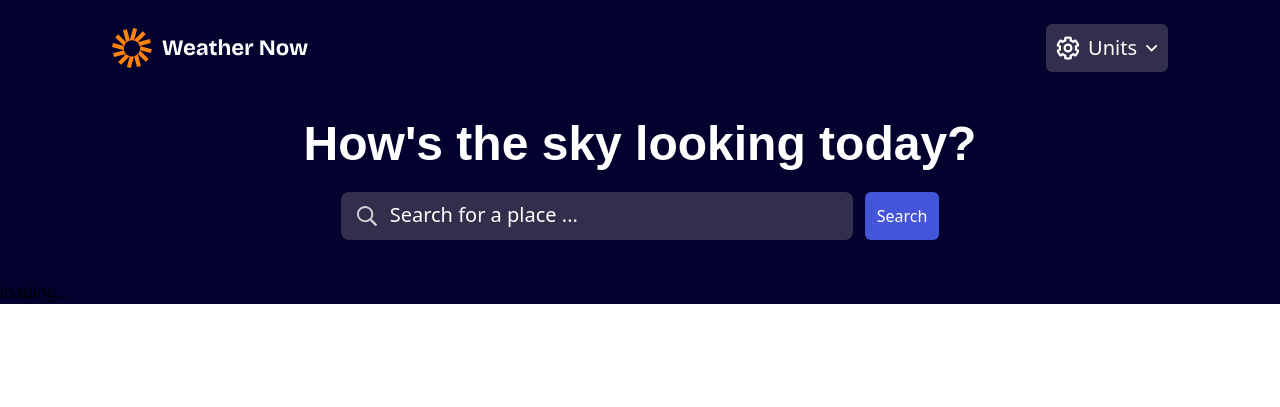
Repository: ayakhaled0001/weather-app
Page: /
These files come from the project's save history. The page is drawn as it stood at one moment and after the next save; the edit follows.
The browser window is 1280 px wide. The pictures show the whole page.
The page's requests for data from a server got no answer. The project was rebuilt for these pictures with package versions that can differ from the ones it lists, and the page was loaded fresh each time. No one was signed in, and anything a server would have sent is missing. Also part of the build but not shown: vite.config.js, src/App.css, src/components/Utilites.jsx, src/components/main_components/Hero.jsx, src/components/main_components/SideBar.jsx, src/components/main_components/Properties.jsx, src/components/main_components/DailyForecast.jsx.

Above is the page before, as saved 2025-09-22 06:23:35.

### src/index.css
@import "tailwindcss";
@import url("https://fonts.googleapis.com/css2?family=Bricolage+Grotesque:opsz,wght@12..96,200..800&family=DM+Sans:ital,opsz,wght@0,9..40,100..1000;1,9..40,100..1000&display=swap");

@theme {
  --font-brico: "Bricolage Grotesque", sans-serif;
  --font-dm: "DM Sans", sans-serif;
  --color-Neutral-900: hsl(243, 96%, 9%);
  --color-Neutral-800: hsl(243, 27%, 20%);
  --color-Neutral-700: hsl(243, 23%, 24%);
  --color-Neutral-600: hsl(243, 23%, 30%);
  --color-Neutral-300: hsl(240, 6%, 70%);
  --color-Neutral-200: hsl(250, 6%, 84%);
  --color-Neutral-0: hsl(0, 0%, 100%);

  /* ### Orange */

  --color-Orange-500: hsl(28, 100%, 52%);

  /* ### Blue */

  --color-Blue-500: hsl(233, 67%, 56%);
  --color-Blue-700: hsl(248, 70%, 36%);
}

### src/App.jsx
import { useEffect, useState } from "react";
import "./App.css";
import Nav from "./components/Nav";
import Header from "./components/Header";
import Main from "./components/Main";

function App() {
  const [weather, setWeather] = useState(null);
  const [city, setCity] = useState("Egypt");
  useEffect(() => {
    async function fetchData(city) {
      const currCity =
        await fetch(`https://geocoding-api.open-meteo.com/v1/search?name=${city}
`).then((r) => r.json());

      const { latitude, longitude, timezone } = currCity.results[0];
      const final = await fetch(
        `https://api.open-meteo.com/v1/forecast?latitude=${latitude}&longitude=${longitude}&current_weather=true&hourly=temperature_2m,apparent_temperature,relativehumidity_2m,windspeed_10m,precipitation,weathercode&daily=temperature_2m_max,temperature_2m_min,weathercode&timezone=${timezone}`
      );
      const data = await final.json();
      console.log(data);
      setWeather(data);
    }
    fetchData(city);
  }, [city]);

  const [units, setUnits] = useState({
    imperial: false,
    celsius: true,
    fahrenheit: false,
    kmh: true,
    mph: false,
    millimeters: true,
    inches: false,
  });

  return (
    <div className="bg-Neutral-900">
      <Nav units={units} setUnits={setUnits} />
      <Header city={city} setCity={setCity} />
      <Main weather={weather} units={units} />
    </div>
  );
}

export default App;

### src/components/Nav.jsx
import { useState } from "react";

function Nav({ units, setUnits }) {
  const [isMenuOpen, setIsMenuOpen] = useState(false);

  const toggleMenu = () => {
    setIsMenuOpen(!isMenuOpen);
  };

  const switchToImperial = () => {
    setUnits({
      imperial: true,
      celsius: false,
      fahrenheit: true,
      kmh: false,
      mph: true,
      millimeters: false,
      inches: true,
    });
  };

  const switchToMetric = () => {
    setUnits({
      imperial: false,
      celsius: true,
      fahrenheit: false,
      kmh: true,
      mph: false,
      millimeters: true,
      inches: false,
    });
  };

  return (
    <nav className="flex flex-col sm:flex-row mx-4 sm:mx-8 lg:mx-28 justify-between py-4 sm:py-6 gap-4 sm:gap-0">
      <img src="/images/logo.svg" alt="logo" className="w-32 sm:w-auto" />
      <div
        onClick={toggleMenu}
        className="flex items-center gap-2 p-2.5 bg-Neutral-700 rounded-md menu-open relative w-full sm:w-auto">
        <img src="/images/icon-units.svg" alt="units" className="w-6" />
        <span className="text-Neutral-0 text-lg sm:text-xl">Units</span>
        <img
          src="/images/icon-dropdown.svg"
          alt=""
          className="cursor-pointer ml-auto sm:ml-0"
        />
        <div
          className={`z-10 w-full sm:w-56 bg-Neutral-700 absolute text-Neutral-0 top-[51px] left-0 sm:right-0 p-2 rounded-md ${
            isMenuOpen ? "block" : "hidden"
          }`}>
          <button
            className="w-full hover:bg-Neutral-600 p-1 rounded-md flex justify-between hover:cursor-pointer"
            onClick={switchToImperial}>
            Switch to Imperial
            {units.imperial && (
              <img src="/images/icon-checkmark.svg" alt="selected" />
            )}
          </button>
          <button
            className="w-full hover:bg-Neutral-600 p-1 rounded-md flex justify-between hover:cursor-pointer"
            onClick={switchToMetric}>
            Switch to Metric
            {!units.imperial && (
              <img src="/images/icon-checkmark.svg" alt="selected" />
            )}
          </button>
          <span className="text-Neutral-300 text-sm mt-2 border-t border-[#d1d1d169] block">
            Temperature
          </span>
          <button
            className="w-full hover:bg-Neutral-600 p-1 rounded-md flex justify-between hover:cursor-pointer"
            onClick={() =>
              setUnits((prev) => ({
                ...prev,
                celsius: true,
                fahrenheit: false,
              }))
            }>
            Celsius (&deg;C)
            {units.celsius && (
              <img src="/images/icon-checkmark.svg" alt="selected" />
            )}
          </button>
          <button
            className=" w-full pb-1.5 hover:bg-Neutral-600 p-1 rounded-md flex justify-between hover:cursor-pointer"
            onClick={() =>
              setUnits((prev) => ({
                ...prev,
                fahrenheit: true,
                celsius: false,
              }))
            }>
            Fahrenheit (&deg;F)
            {units.fahrenheit && (
              <img src="/images/icon-checkmark.svg" alt="selected" />
            )}
          </button>
          <span className="text-Neutral-300 text-sm mt-1 border-t border-[#d1d1d169] block">
            Wind Speed
          </span>
          <button
            className=" w-full hover:bg-Neutral-600 p-1 rounded-md flex justify-between hover:cursor-pointer"
            onClick={() =>
              setUnits((prev) => ({
                ...prev,
                kmh: true,
                mph: false,
              }))
            }>
            Km/h
            {units.kmh && (
              <img src="/images/icon-checkmark.svg" alt="selected" />
            )}
          </button>
          <button
            className=" w-full pb-1.5 hover:bg-Neutral-600 p-1 rounded-md flex justify-between hover:cursor-pointer"
            onClick={() =>
              setUnits((prev) => ({
                ...prev,
                mph: true,
                kmh: false,
              }))
            }>
            mph
            {units.mph && (
              <img src="/images/icon-checkmark.svg" alt="selected" />
            )}
          </button>
          <span className="text-Neutral-300 text-sm border-t border-[#d1d1d169] block">
            Precipitation
          </span>
          <button
            className="w-full hover:bg-Neutral-600 p-1 rounded-md flex justify-between hover:cursor-pointer"
            onClick={() =>
              setUnits((prev) => ({
                ...prev,
                millimeters: true,
                inches: false,
              }))
            }>
            Millimeters (mm)
            {units.millimeters && (
              <img src="/images/icon-checkmark.svg" alt="selected" />
            )}
          </button>
          <button
            className="w-full hover:bg-Neutral-600 p-1 rounded-md flex justify-between  hover:cursor-pointer"
            onClick={() =>
              setUnits((prev) => ({
                ...prev,
                inches: true,
                millimeters: false,
              }))
            }>
            Inches (in)
            {units.inches && (
              <img src="/images/icon-checkmark.svg" alt="selected" />
            )}
          </button>
        </div>
      </div>
    </nav>
  );
}

export default Nav;

### src/components/Header.jsx
import { useState } from "react";

function Header({ setCity }) {
  const [searchedCity, setSearchedCity] = useState("");
  const handleSetSearchCity = () => setCity(searchedCity);
  return (
    <header>
      <h1 className="text-center text-5xl text-Neutral-0 font-brico font-bold my-6">
        How's the sky looking today?
      </h1>
      <div className="flex justify-center gap-3 mb-10">
        <div className="bg-Neutral-700 w-2/5 rounded-lg flex ps-4 pe-12 py-3 gap-3">
          <img src="/images/icon-search.svg" alt="" />
          <input
            type="text"
            value={searchedCity}
            onChange={(e) => setSearchedCity(e.target.value)}
            className="text-Neutral-0 border-none outline-none placeholder:text-Neutral-0 placeholder:text-xl w-full"
            placeholder="Search for a place ..."
          />
        </div>
        <button
          onClick={handleSetSearchCity}
          className="hover:cursor-pointer text-Neutral-0 bg-Blue-500 px-3 rounded-md hover:bg-Blue-700 transition-all ">
          Search
        </button>
      </div>
    </header>
  );
}

export default Header;

### src/components/Main.jsx
import { useState } from "react";
import Hero from "./main_components/Hero";
import SideBar from "./main_components/SideBar";
import Properties from "./main_components/Properties";
import DailyForecast from "./main_components/DailyForecast";

function Main({ weather, units }) {
  const [days, setDays] = useState("Saturday");
  const [isOpened, setIsOpened] = useState(false);

  if (!weather) return <section>loading...</section>;
  const daysWithHours = {};
  if (weather?.hourly?.time) {
    weather.hourly.time.forEach((time, idx) => {
      const day = new Date(time).toLocaleDateString("en-US", {
        weekday: "long",
      });

      if (!daysWithHours[day]) daysWithHours[day] = [];

      daysWithHours[day].push({
        hour: (() => {
          const hourNum = parseInt(time.split("T")[1].slice(0, 2), 10);
          if (hourNum === 0) return "12 am";
          if (hourNum < 12) return `${hourNum} am`;
          if (hourNum === 12) return "12 pm";
          return `${hourNum - 12} pm`;
        })(),
        temperature: weather.hourly.temperature_2m?.[idx] ?? null,
        icon: getIcon(weather.hourly.weathercode?.[idx] ?? 0),
        humidity: weather.hourly.relativehumidity_2m?.[idx] ?? null,
        feelsLike: weather.hourly.apparent_temperature?.[idx] ?? null,
        precipitation: weather.hourly.precipitation?.[idx] ?? null,
        windSpeed: weather.hourly.windspeed_10m?.[idx] ?? null,
      });
    });
  }

  const hoursOfDay = daysWithHours[days] || [];
  console.log(hoursOfDay);

  function handleOpening() {
    setIsOpened(!isOpened);
  }

  function getIcon(code) {
    if (code === 0 || code === 1) return "/images/icon-sunny.webp";
    if (code === 2) return "/images/icon-partly-cloudy.webp";
    if (code === 3) return "/images/icon-overcast.webp";
    if ([45, 48].includes(code)) return "/images/icon-fog.webp";
    if ([51, 53, 55, 56, 57].includes(code)) return "/images/icon-drizzle.webp";
    if ([61, 63, 65, 66, 67, 80, 81, 82].includes(code))
      return "/images/icon-rain.webp";
    if ([71, 73, 75, 77, 85, 86].includes(code))
      return "/images/icon-snow.webp";
    if ([95, 96, 99].includes(code)) return "/images/icon-storm.webp";
    return "/images/icon-retry.svg";
  }
  const country = weather?.timezone ?? "";

  return (
    <main className="grid grid-rows-[300px_160px_230px] grid-cols-[2fr_1fr] w-7/8 mx-auto gap-3 pb-8">
      {/* hero section */}
      <Hero
        country={country}
        weather={weather}
        getIcon={getIcon}
        units={units}
      />
      {/* Side bar */}
      <SideBar
        weather={weather}
        getIcon={getIcon}
        handleOpening={handleOpening}
        days={days}
        isOpened={isOpened}
        setDays={setDays}
        hoursOfDay={hoursOfDay}
        units={units}
      />
      <Properties hoursOfDay={hoursOfDay} days={days} units={units} />
      <DailyForecast weather={weather} getIcon={getIcon} units={units} />
    </main>
  );
}
export default Main;

Loaded but not shown: index.html (common file); src/main.jsx (common file)

After the next save:
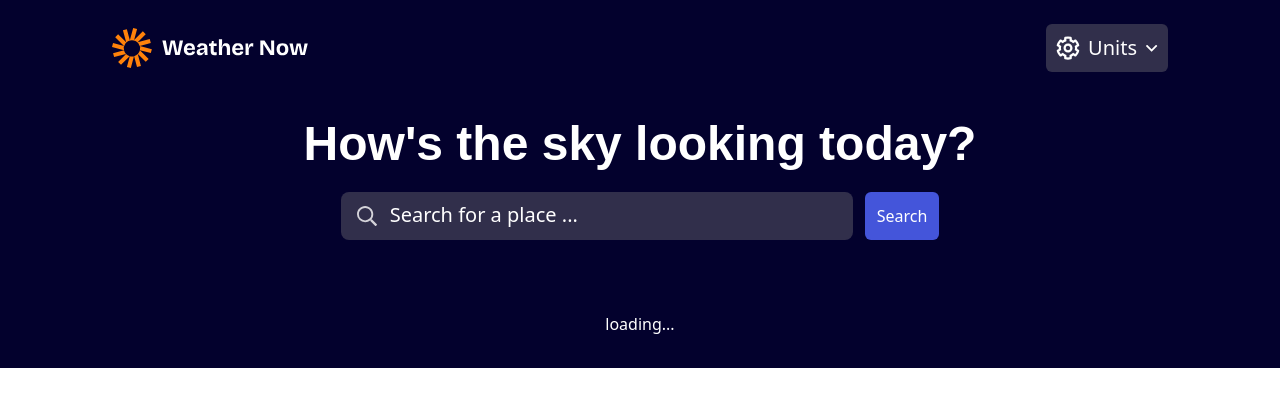
Saved 16 s later.
--- a/src/components/Main.jsx
+++ b/src/components/Main.jsx
@@ -8,7 +8,10 @@ function Main({ weather, units }) {
   const [days, setDays] = useState("Saturday");
   const [isOpened, setIsOpened] = useState(false);
 
-  if (!weather) return <section>loading...</section>;
+  if (!weather)
+    return (
+      <section className="text-center text-Neutral-0 py-8">loading...</section>
+    );
   const daysWithHours = {};
   if (weather?.hourly?.time) {
     weather.hourly.time.forEach((time, idx) => {
@@ -59,7 +62,7 @@ function Main({ weather, units }) {
   const country = weather?.timezone ?? "";
 
   return (
-    <main className="grid grid-rows-[300px_160px_230px] grid-cols-[2fr_1fr] w-7/8 mx-auto gap-3 pb-8">
+    <main className="grid grid-cols-1 lg:grid-cols-[2fr_1fr] grid-rows-[auto_auto_auto] lg:grid-rows-[300px_160px_230px] w-full mx-auto gap-3 pb-8 px-4 sm:px-0">
       {/* hero section */}
       <Hero
         country={country}
